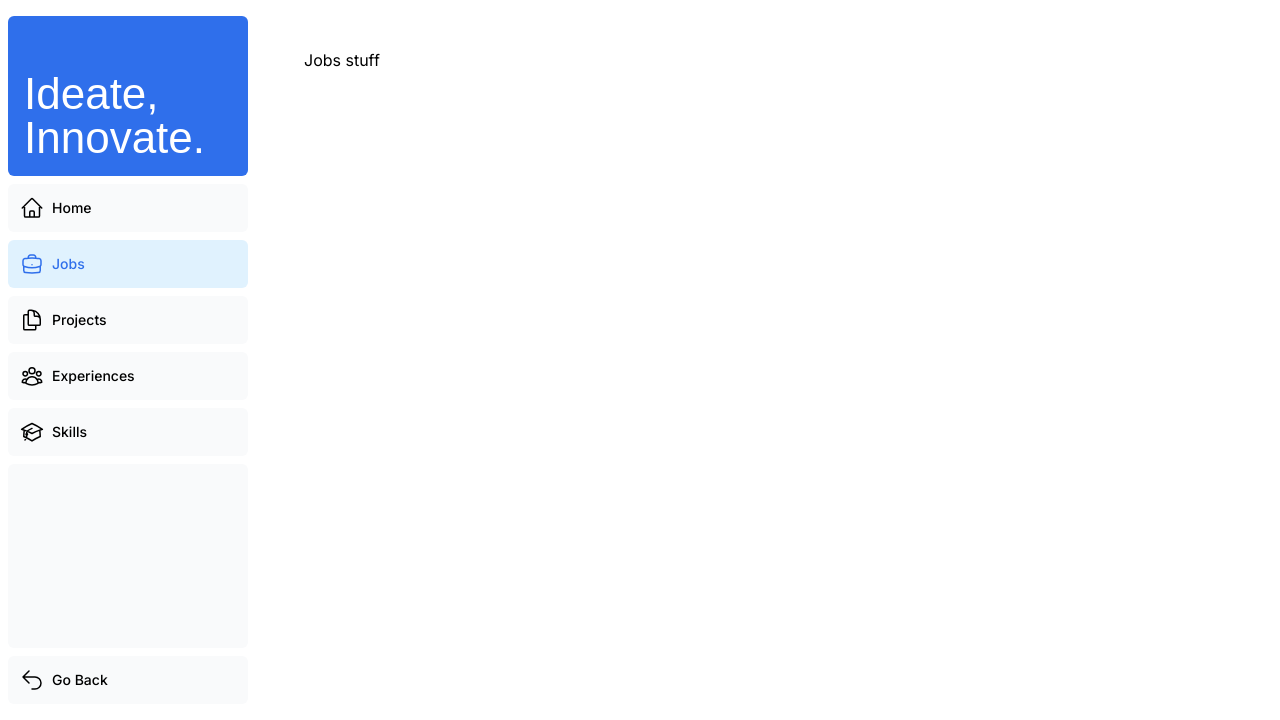
Repository: ThatGirlJam/jaime-portfolio
Page: /dashboard/jobs
An editor plug-in stored every save of this project. The page is shown before and after the next save, followed by the edit.
The browser window is 1280 px wide. The pictures show the whole page.
Some web fonts or font styles are not loaded; a fallback is used. The project was rebuilt for these pictures with package versions that can differ from the ones it lists, and the page was loaded fresh each time. The framework's server and built-in components were replaced by stand-ins that run in the browser. Also part of the build but not shown: next.config.js.

Above is the page before, as saved 2024-06-05 16:12:58.

### app/dashboard/jobs/page.tsx
export default function Page() {
  return <div>Jobs stuff</div>;
}

### app/ui/fonts.ts
import { Inter } from 'next/font/google';
import { Lusitana } from 'next/font/google';

export const inter = Inter({ subsets: ['latin'] });

export const lusitana = Lusitana({
  weight: ['400', '700'],
  subsets: ['latin'],
});

### app/ui/dashboard/sidenav.tsx
import Link from 'next/link';
import NavLinks from '@/app/ui/dashboard/nav-links';
import BannerLogo from '@/app/ui/banner-logo';
import { ArrowUturnLeftIcon } from '@heroicons/react/24/outline';

export default function SideNav() {
  return (
    <div className="flex h-full flex-col px-3 py-4 md:px-2">
      <Link
        className="h-25 mb-2 flex items-end justify-start rounded-md bg-blue-600 p-4 md:h-40"
        href="/"
      >
        <div className="w-32 text-white md:w-40">
          <BannerLogo />
        </div>
      </Link>
      <div className="flex grow flex-row justify-between space-x-2 md:flex-col md:space-x-0 md:space-y-2">
        <NavLinks />
        <div className="hidden h-auto w-full grow rounded-md bg-gray-50 md:block"></div>
        <Link href="/">
          <button className="flex h-[48px] w-full grow items-center justify-center gap-2 rounded-md bg-gray-50 p-3 text-sm font-medium hover:bg-sky-100 hover:text-blue-600 md:flex-none md:justify-start md:p-2 md:px-3">
            <ArrowUturnLeftIcon className="w-6" />
            <div className="hidden md:block">Go Back</div>
          </button>
        </Link>
      </div>
    </div>
  );
}

### app/ui/dashboard/nav-links.tsx
'use client';

import {
  UserGroupIcon,
  HomeIcon,
  DocumentDuplicateIcon,
  AcademicCapIcon,
  BriefcaseIcon,
} from '@heroicons/react/24/outline';
import Link from 'next/link';
import { usePathname } from 'next/navigation';
import clsx from 'clsx';

// Map of links to display in the side navigation.
// Depending on the size of the application, this would be stored in a database.
const links = [
  { name: 'Home', href: '/dashboard', icon: HomeIcon },
  {
    name: 'Jobs',
    href: '/dashboard/jobs',
    icon: BriefcaseIcon,
  },
  {
    name: 'Projects',
    href: '/dashboard/projects',
    icon: DocumentDuplicateIcon,
  },
  { name: 'Experiences', href: '/dashboard/experiences', icon: UserGroupIcon },
  { name: 'Skills', href: '/dashboard/skills', icon: AcademicCapIcon },
];

export default function NavLinks() {
  const pathname = usePathname();

  return (
    <>
      {links.map((link) => {
        const LinkIcon = link.icon;
        return (
          <Link
            key={link.name}
            href={link.href}
            //When the link.href aka link of the nav option matches the curr path name, turn blue to show user is on that page
            className={clsx(
              'flex h-[48px] grow items-center justify-center gap-2 rounded-md bg-gray-50 p-3 text-sm font-medium hover:bg-sky-100 hover:text-blue-600 md:flex-none md:justify-start md:p-2 md:px-3',
              {
                'bg-sky-100 text-blue-600': pathname === link.href,
              },
            )}
          >
            <LinkIcon className="w-6" />
            <p className="hidden md:block">{link.name}</p>
          </Link>
        );
      })}
    </>
  );
}

### app/ui/banner-logo.tsx
import { lusitana } from '@/app/ui/fonts';

export default function BannerLogo() {
  return (
    <div
      className={`${lusitana.className} flex flex-row items-center leading-none text-white`}
    >
      <p className="text-[44px]">Ideate, Innovate.</p>
    </div>
  );
}

Loaded but not shown: app/layout.tsx (common file); app/dashboard/layout.tsx (common file); app/ui/global.css (common file); tailwind.config.ts (common file)

After the next save:
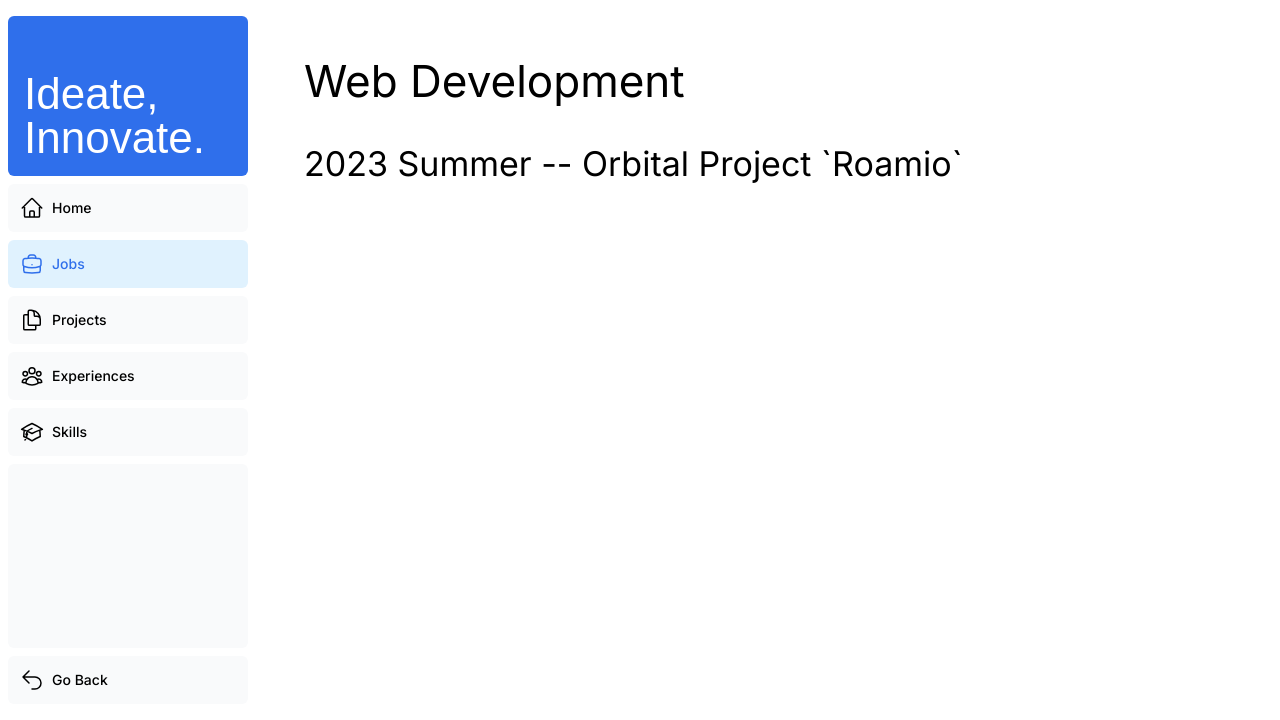
Saved 3 h 36 min later.
--- a/app/dashboard/jobs/page.tsx
+++ b/app/dashboard/jobs/page.tsx
@@ -1,3 +1,10 @@
 export default function Page() {
-  return <div>Jobs stuff</div>;
+  return (
+    <div>
+      <p className="text-[44px]"> Web Development </p>
+      <br />
+      <p className="text-[34px]"> 2023 Summer -- Orbital Project `Roamio` </p>
+      <br />
+    </div>
+  );
 }
